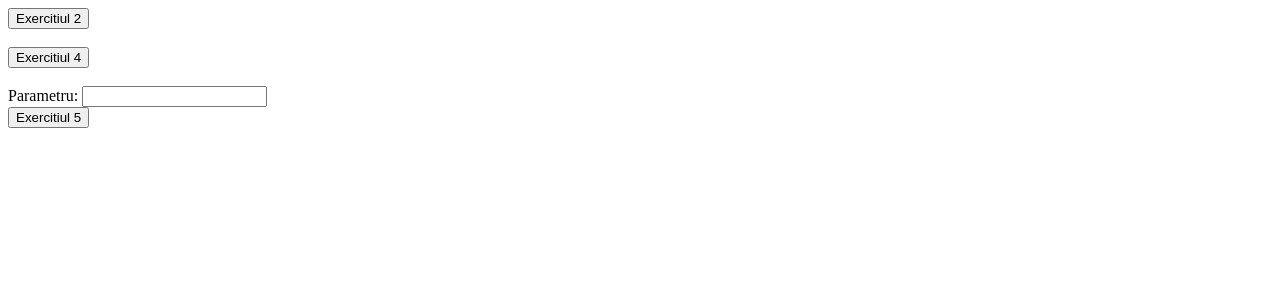
Repository: vladutbutnaru/DentalClinicManagementTool
Page: Laborator/WebContent/index.html
These files come from the project's save history. The page is drawn as it stood at one moment and after the next save; the edit follows.
The browser window is 1280 px wide. The pictures show the whole page.

Above is the page before, as saved 2016-10-13 13:04:45.

### Laborator/WebContent/index.html
<!DOCTYPE html>
<html>
<head>
<meta charset="ISO-8859-1">
<title>Exercitii laborator</title>
</head>
<body>
<form action="Exercise2Servlet" method="POST">
<input type="submit" value="Exercitiul 2"/>
</form>
<br/>
<form action="Exercise4Servlet" method="POST">
<input type="submit" value="Exercitiul 4"/>
</form>
<br/>
<form action="Exercise5Servlet" method="POST">
Parametru: <input type="text"  name = "parameter" id= "parameter"/> <br/>
<input type="submit" value="Exercitiul 5"/>
</form>
</body>
</html>

After the next save:
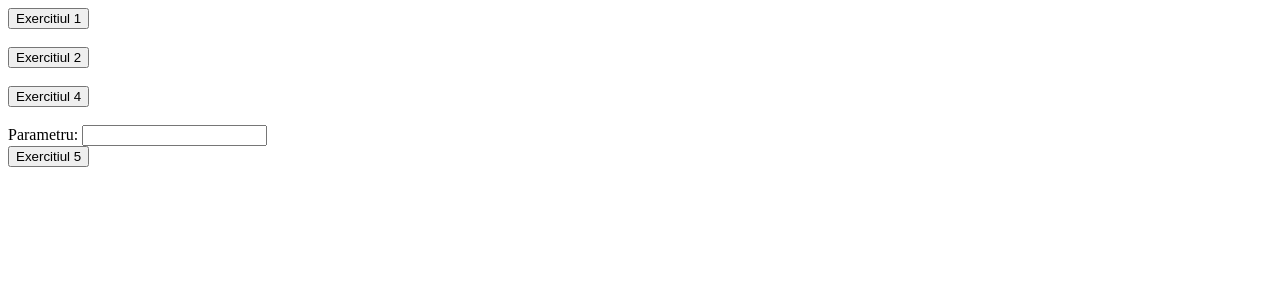
Saved 40 s later.
--- a/Laborator/WebContent/index.html
+++ b/Laborator/WebContent/index.html
@@ -5,6 +5,10 @@
 <title>Exercitii laborator</title>
 </head>
 <body>
+<form action="Index" method="GET">
+<input type="submit" value="Exercitiul 1"/>
+</form>
+<br/>
 <form action="Exercise2Servlet" method="POST">
 <input type="submit" value="Exercitiul 2"/>
 </form>
